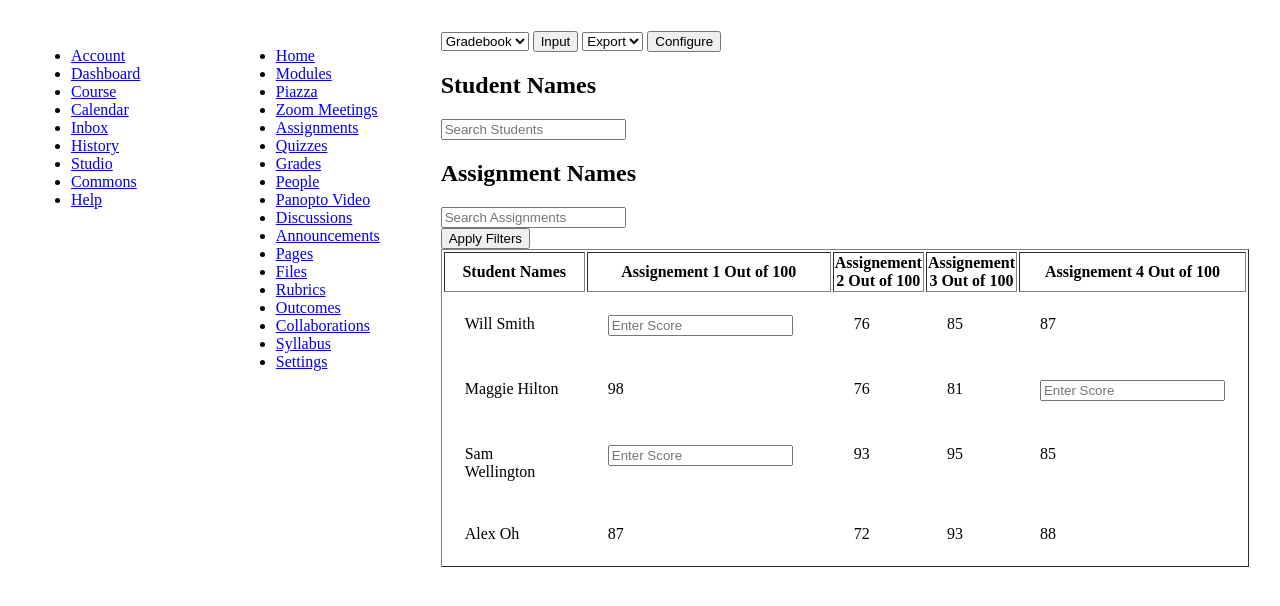
Repository: yuqiant/kanbas-react-web-app
Page: public/kanbas/assignment.html
The author's editor kept a copy of each file at every save. The page is drawn from the files as they stood at one save, then again after the next save.
The browser window is 1280 px wide. The pictures show the whole page.

Above is the page before, as saved 2023-09-12 01:16:08.

### public/kanbas/assignment.html
<!DOCTYPE html>
<html lang="en">

<head>
    <meta charset="UTF-8">
    <meta name="viewport" content="width=device-width, initial-scale=1.0">
    <title>Column Interaction</title>
    <style>
        table {
            width: 100%;

        }

        td {
            width: 50%;
            border: 1px solid transparent;
            padding: 20px;
            vertical-align: top;
        }
    </style>
</head>

<body>
    <table>
        <tr>
            <td id="firstColumn" style="width: 150px;">
                <ul>
                    <li><a href="#">Account</a></li>
                    <li><a href="#">Dashboard</a></li>
                    <li><a href="#" onclick="showSecondColumn()">Course</a></li>
                    <li><a href="#">Calendar</a></li>
                    <li><a href="#">Inbox</a></li>
                    <li><a href="#">History</a></li>
                    <li><a href="#">Studio</a></li>
                    <li><a href="#">Commons</a></li>
                    <li><a href="#">Help</a></li>
                </ul>
            </td>
            <td id="secondColumn" style="width: 150px;">
                <ul>
                    <li><a href="#" onclick="showThirdColumn()">Home</a></li>
                    <li><a href="#">Modules</a></li>
                    <li><a href="#">Piazza</a></li>
                    <li><a href="#">Zoom Meetings</a></li>
                    <li><a href="#">Assignments</a></li>
                    <li><a href="#">Quizzes</a></li>
                    <li><a href="#">Grades</a></li>
                    <li><a href="#">People</a></li>
                    <li><a href="#">Panopto Video</a></li>
                    <li><a href="#">Discussions</a></li>
                    <li><a href="#">Announcements</a></li>
                    <li><a href="#">Pages</a></li>
                    <li><a href="#">Files</a></li>
                    <li><a href="#">Rubrics</a></li>
                    <li><a href="#">Outcomes</a></li>
                    <li><a href="#">Collaborations</a></li>
                    <li><a href="#">Syllabus</a></li>
                    <li><a href="#">Settings</a></li>
                </ul>
            </td>
            <td id="thirdColumn" style="width: 250px;">
                <select id="select-one">
                    <option value="ALL">Gradebook</option>

                </select>
                <button type="button">Input</button>

                <select id="select-one">
                    <option value="ALL">Export</option>

                </select>
                <button type="button">Configure</button>

                <h2>Student Names</h2>
                <form id="text-fields">
                    <input id="text-fields-studentname" placeholder="Search Students" /><br />
                </form>

                <h2>Assignment Names</h2>
                <form id="text-fields">
                    <input id="text-fields-assginment" placeholder="Search Assignments" /><br />
                </form>

                <button type="button">Apply Filters</button>


                <table border="1" width="100%">
                    <thead>
                        <tr>
                            <th>Student Names</th>
                            <th>Assignement 1 Out of 100</th>
                            <th>Assignement 2 Out of 100</th>
                            <th>Assignement 3 Out of 100</th>
                            <th>Assignement 4 Out of 100</th>
                        </tr>
                    </thead>
                    <tbody>
                        <tr>
                            <td>Will Smith</td>
                            <td><input type="text" name="score" id="text-fields-score1" placeholder="Enter Score"></td>
                            <td>76</td>
                            <td>85</td>
                            <td>87</td>
                        </tr>
                        <tr>
                            <td>Maggie Hilton</td>
                            <td>98</td>
                            <td>76</td>
                            <td>81</td>
                            <td><input type="text" name="score" id="text-fields-score1" placeholder="Enter Score">
                            </td>
                        </tr>
                        <tr>
                            <td>Sam Wellington</td>
                            <td><input type="text" name="score" id="text-fields-score1" placeholder="Enter Score">
                            </td>
                            <td>93</td>
                            <td>95</td>
                            <td>85</td>
                        </tr>
                        <tr>
                            <td>Alex Oh</td>
                            <td>87</td>
                            <td>72</td>
                            <td>93</td>
                            <td>88</td>
                        </tr>
                    </tbody>

                </table>




            </td>

        </tr>
    </table>

</body>

</html>

After the next save:
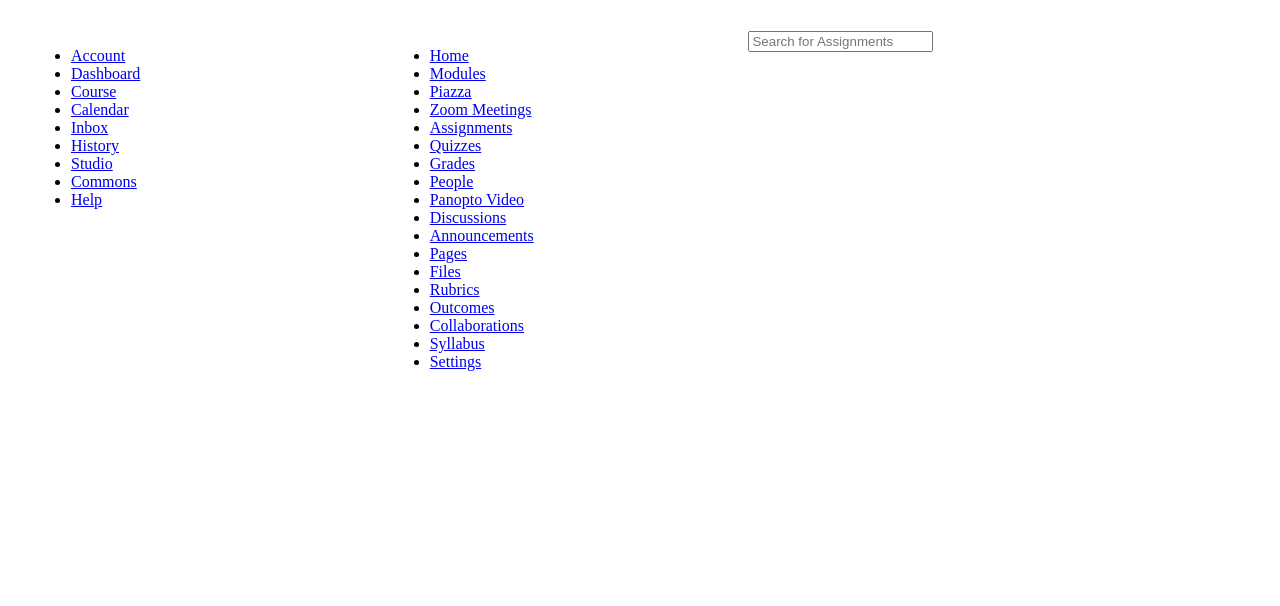
Saved 99 s later.
--- a/public/kanbas/assignment.html
+++ b/public/kanbas/assignment.html
@@ -59,75 +59,12 @@
                 </ul>
             </td>
             <td id="thirdColumn" style="width: 250px;">
-                <select id="select-one">
-                    <option value="ALL">Gradebook</option>
-
-                </select>
-                <button type="button">Input</button>
-
-                <select id="select-one">
-                    <option value="ALL">Export</option>
-
-                </select>
-                <button type="button">Configure</button>
-
-                <h2>Student Names</h2>
                 <form id="text-fields">
-                    <input id="text-fields-studentname" placeholder="Search Students" /><br />
+                    <input id="text-fields-assginment" placeholder="Search for Assignments" /><br />
                 </form>
 
-                <h2>Assignment Names</h2>
-                <form id="text-fields">
-                    <input id="text-fields-assginment" placeholder="Search Assignments" /><br />
-                </form>
-
-                <button type="button">Apply Filters</button>
 
 
-                <table border="1" width="100%">
-                    <thead>
-                        <tr>
-                            <th>Student Names</th>
-                            <th>Assignement 1 Out of 100</th>
-                            <th>Assignement 2 Out of 100</th>
-                            <th>Assignement 3 Out of 100</th>
-                            <th>Assignement 4 Out of 100</th>
-                        </tr>
-                    </thead>
-                    <tbody>
-                        <tr>
-                            <td>Will Smith</td>
-                            <td><input type="text" name="score" id="text-fields-score1" placeholder="Enter Score"></td>
-                            <td>76</td>
-                            <td>85</td>
-                            <td>87</td>
-                        </tr>
-                        <tr>
-                            <td>Maggie Hilton</td>
-                            <td>98</td>
-                            <td>76</td>
-                            <td>81</td>
-                            <td><input type="text" name="score" id="text-fields-score1" placeholder="Enter Score">
-                            </td>
-                        </tr>
-                        <tr>
-                            <td>Sam Wellington</td>
-                            <td><input type="text" name="score" id="text-fields-score1" placeholder="Enter Score">
-                            </td>
-                            <td>93</td>
-                            <td>95</td>
-                            <td>85</td>
-                        </tr>
-                        <tr>
-                            <td>Alex Oh</td>
-                            <td>87</td>
-                            <td>72</td>
-                            <td>93</td>
-                            <td>88</td>
-                        </tr>
-                    </tbody>
-
-                </table>
 
 
 
